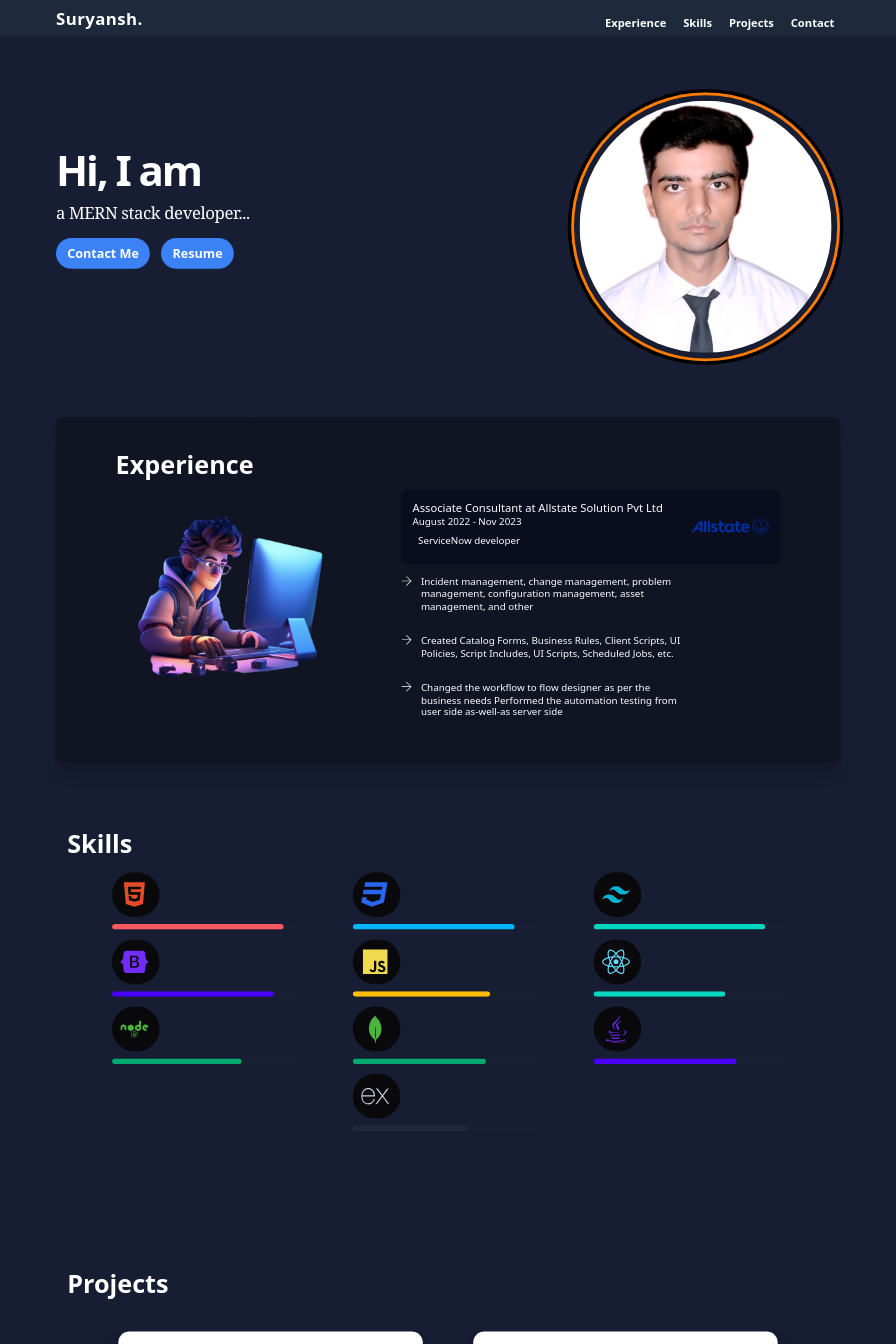
Repository: suryanshsingh99181/portfolio
Page: /
The author's editor kept a copy of each file at every save. The page is drawn from the files as they stood at one save, then again after the next save.
The browser window is 1280 px wide. The pictures show the part of the page from y = 0 to 1920 px (the page is 4134 px tall before and 4126 px after), at 70% of full size.
The project was rebuilt for these pictures with package versions that can differ from the ones it lists, and the page was loaded fresh each time. Also part of the build but not shown: vite.config.js.

Above is the page before, as saved 2024-08-23 09:07:49.

After the next save:
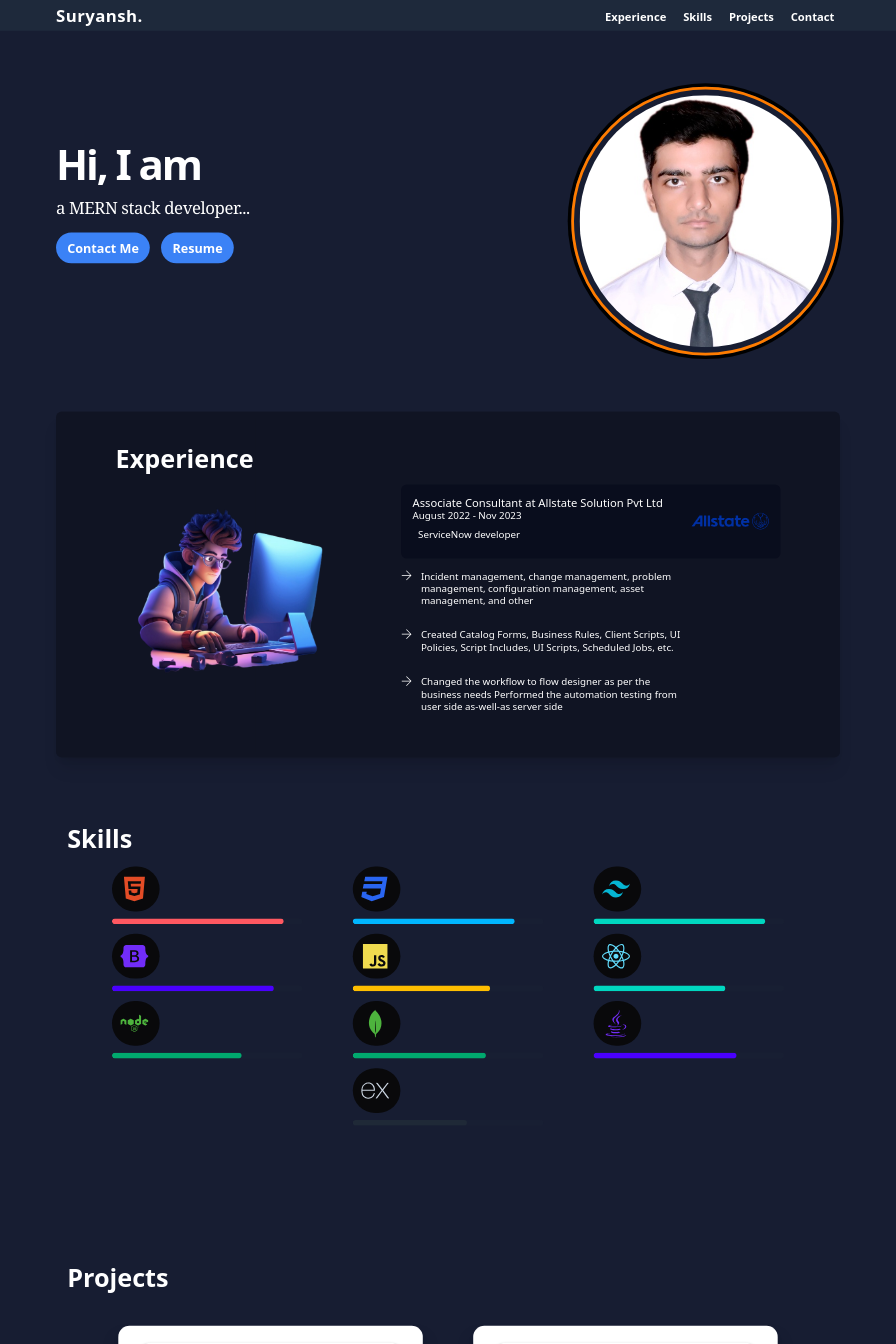
Saved 7 s later.
--- a/src/Components/navbar/Navbar.jsx
+++ b/src/Components/navbar/Navbar.jsx
@@ -10,7 +10,7 @@
         Suryansh.
       </span>
       <ul
-        className={`mx-24 mt-3 py-2 pb-2 font-semibold md:-5 bg-black px-2 rounded-xl bg-opacity-30 md:border-none text-center md:bg-transparent md:static md:mx-0 md:flex gap-6 ${
+        className={`mx-24 mt-3 pb-2 font-semibold md:-5 bg-black px-2 rounded-xl bg-opacity-30 md:border-none text-center md:bg-transparent md:static md:mx-0 md:flex gap-6 ${
           menu ? "block" : "hidden"
         }`}
       >

After the save that followed:
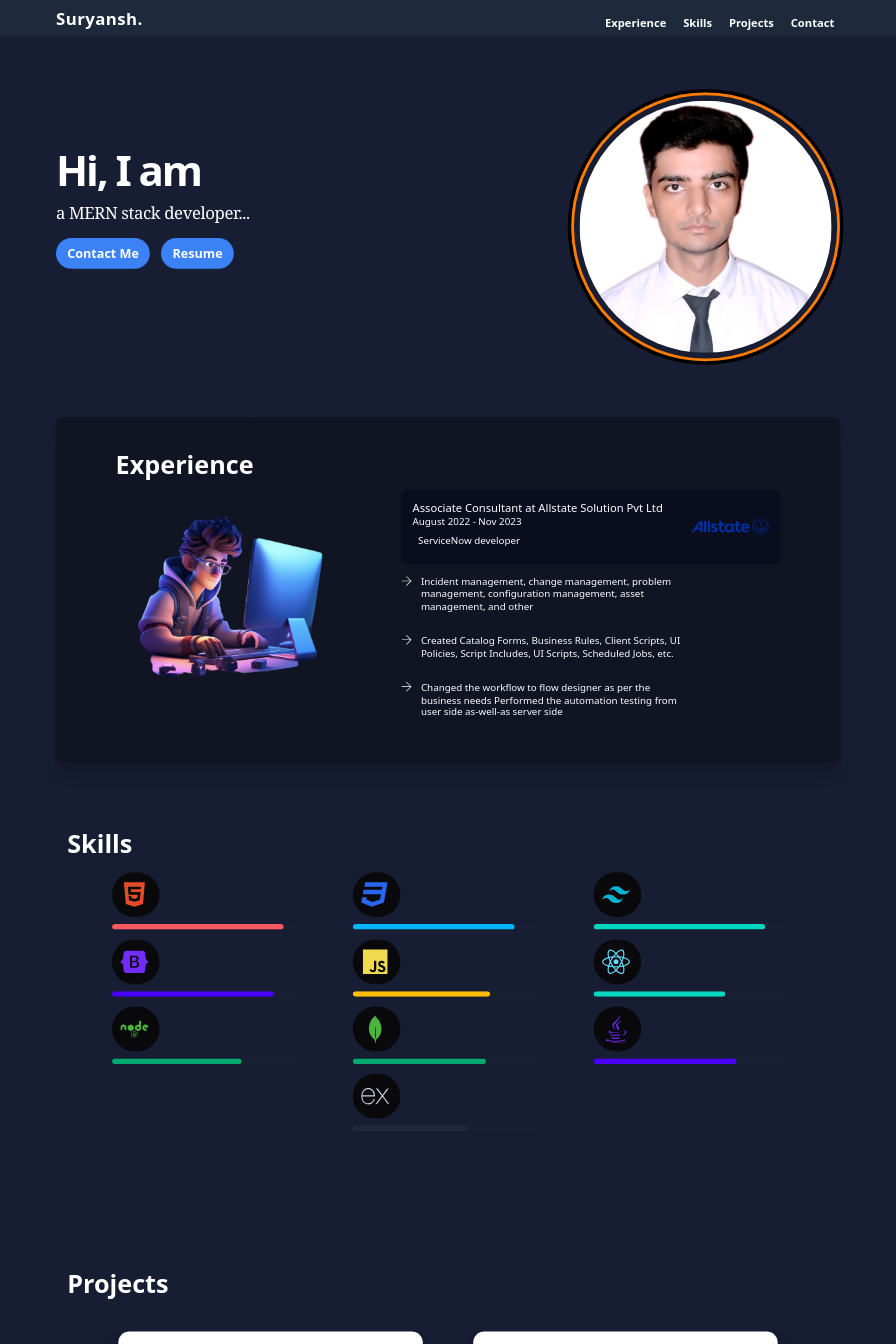
Saved 10 s later.
--- a/src/Components/navbar/Navbar.jsx
+++ b/src/Components/navbar/Navbar.jsx
@@ -10,7 +10,7 @@
         Suryansh.
       </span>
       <ul
-        className={`mx-24 mt-3 pb-2 font-semibold md:-5 bg-black px-2 rounded-xl bg-opacity-30 md:border-none text-center md:bg-transparent md:static md:mx-0 md:flex gap-6 ${
+        className={`mx-24 mt-3 py-2 font-semibold md:-5 bg-black px-2 rounded-xl bg-opacity-30 md:border-none text-center md:bg-transparent md:static md:mx-0 md:flex gap-6 ${
           menu ? "block" : "hidden"
         }`}
       >
